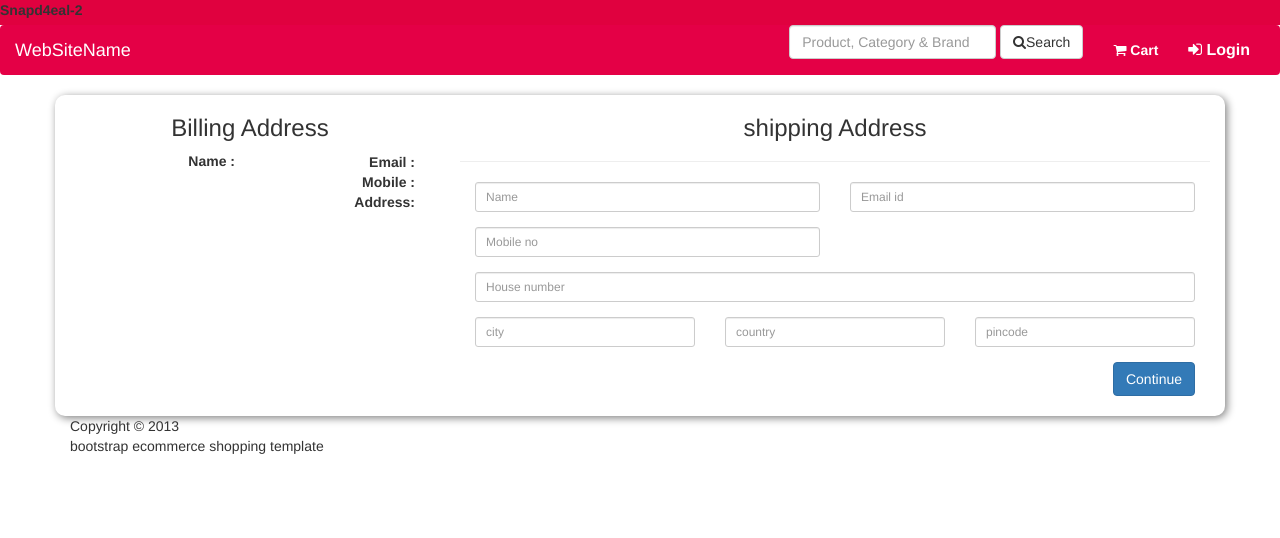
Repository: Aryans26/project
Page: http://localhost/frontend/WEB-INF/views/addressorder.jsp
An editor plug-in stored every save of this project. The page is shown before and after the next save, followed by the edit.
The browser window is 1280 px wide. The pictures show the whole page.
Some web libraries are served in a nearby version. The page is served by Tomcat 9. Nobody is signed in. The template is opened directly, without the code that normally fills it, so the values that code supplies are empty.

Above is the page before, as saved 2017-06-21 09:33:59.

After the next save:
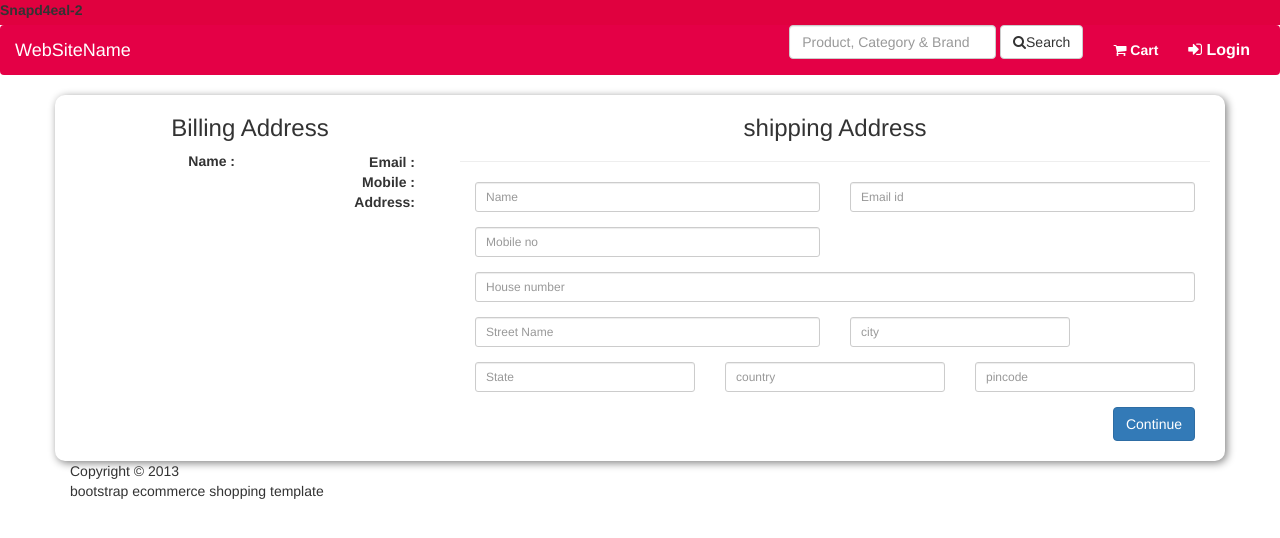
Saved 2 min 58 s later.
--- a/frontend/src/main/webapp/WEB-INF/views/addressorder.jsp
+++ b/frontend/src/main/webapp/WEB-INF/views/addressorder.jsp
@@ -48,11 +48,7 @@
 				<form:input type="text" name="first_name" id="first_name" class="form-control input-sm" placeholder="Name" path="Ship_name"/>
 			</div>
 		</div>
-<!-- 		<div class="col-xs-6 col-sm-6 col-md-6"> -->
-<!-- 			<div class="form-group"> -->
-<%-- 				<form:input type="text" name="last_name" id="last_name" class="form-control input-sm" placeholder="Last Name" path="lastname"/>  --%>
-<!-- 			</div> -->
-<!-- 		</div> -->
+
 
 		<div class="col-xs-6 col-sm-6 col-md-6">
 			<div class="form-group">
@@ -70,10 +66,19 @@
 
 			</div>
 		</div>
-
+<div class="col-xs-6 col-sm-6 col-md-6">
+			<div class="form-group">
+				<form:input type="text" name="last_name" id="last_name" class="form-control input-sm" placeholder="Street Name" path="Ship_Streetname"/>
+			</div>
+		</div>
 		<div class="col-xs-12 col-sm-4 col-md-4">
 			<div class="form-group">
 				<form:input type="text"	class="form-control input-sm" placeholder="city" path="Ship_city"/>
+			</div>
+		</div>
+		<div class="col-xs-12 col-sm-4 col-md-4">
+			<div class="form-group">
+				<form:input type="text"	class="form-control input-sm" placeholder="State" path="Ship_state"/>
 			</div>
 		</div>
 		<div class="col-xs-12 col-sm-4 col-md-4">
